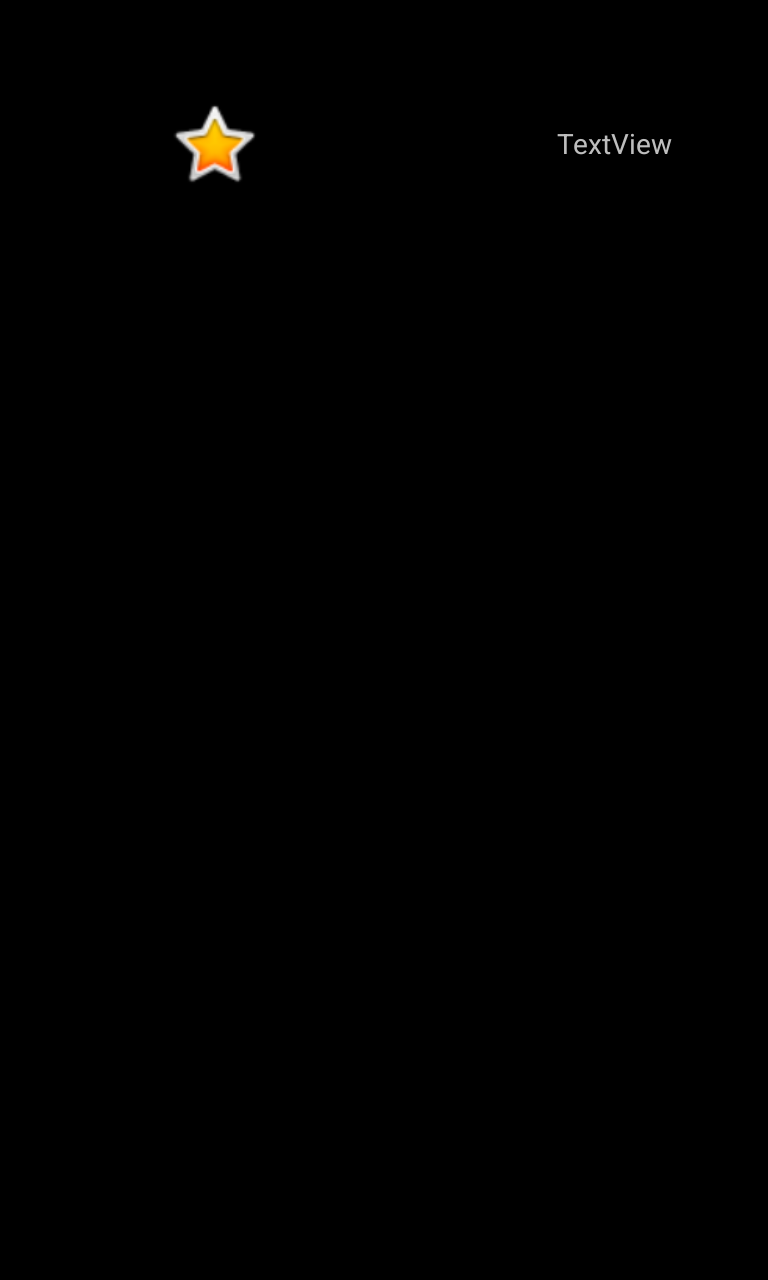
Repository: yogeshwar1996/android-app
Layout: List_View/res/layout/model.xml
An editor plug-in stored every save of this project. The layout is shown before and after the next save, followed by the edit.
It is drawn on a 768 x 1280 px phone screen (xhdpi) without system bars, with theme android:Theme; the app's code is not run.

Above is the layout before, as saved 2016-07-08 10:28:23.

### List_View/res/layout/model.xml
<?xml version="1.0" encoding="utf-8"?>
<RelativeLayout xmlns:android="http://schemas.android.com/apk/res/android"
    android:layout_width="match_parent"
    android:layout_height="match_parent" >

    <ImageView
        android:id="@+id/imageView1"
        android:layout_width="50dp"
        android:layout_height="50dp"
        android:layout_alignParentLeft="true"
        android:layout_alignParentTop="true"
        android:layout_marginLeft="82dp"
        android:layout_marginTop="47dp"
        android:src="@android:drawable/btn_star_big_on" />

    <TextView
        android:id="@+id/nameTv"
        android:layout_width="wrap_content"
        android:layout_height="wrap_content"
        android:layout_alignBottom="@+id/imageView1"
        android:layout_alignParentRight="true"
        android:layout_marginBottom="16dp"
        android:layout_marginRight="48dp"
        android:text="TextView"

        android:textSize="14sp" />

</RelativeLayout>

After the next save:
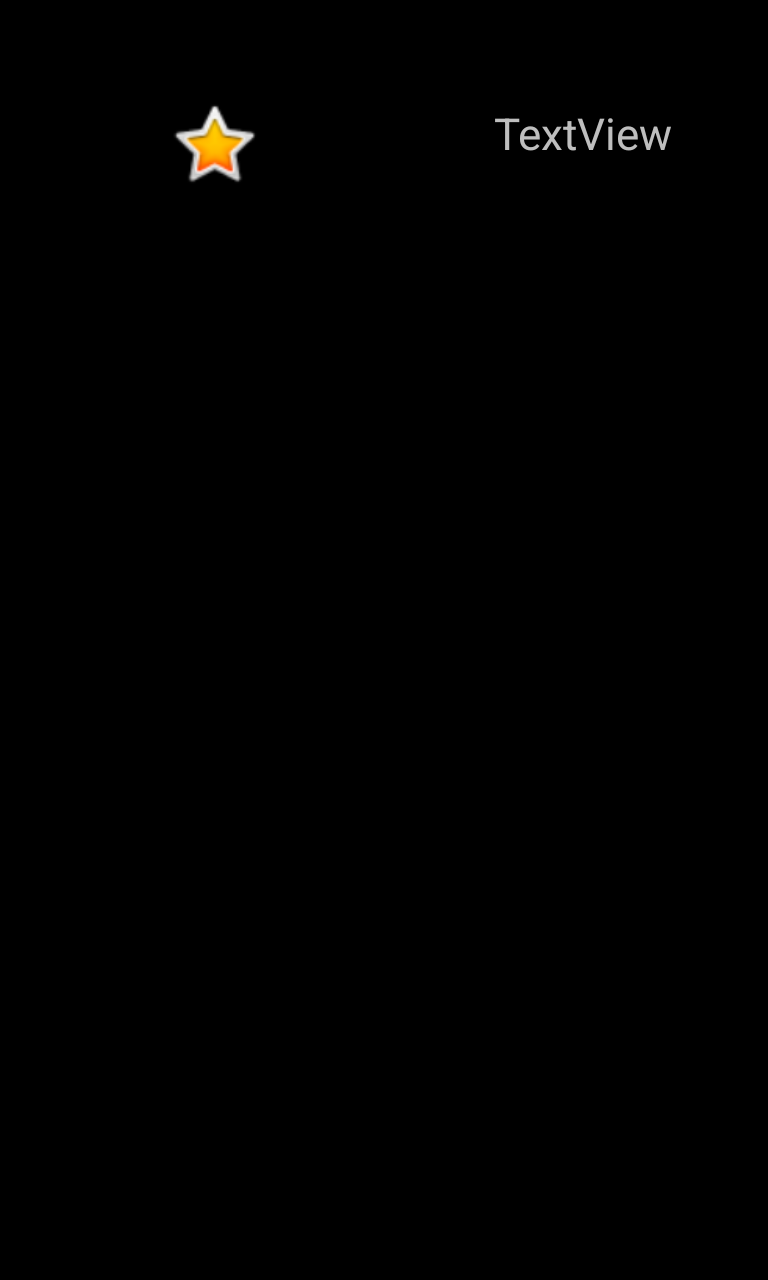
Saved 3 min 3 s later.
--- a/List_View/res/layout/model.xml
+++ b/List_View/res/layout/model.xml
@@ -21,8 +21,8 @@
         android:layout_alignParentRight="true"
         android:layout_marginBottom="16dp"
         android:layout_marginRight="48dp"
+        android:background="#"
         android:text="TextView"
-
-        android:textSize="14sp" />
+        android:textSize="22sp" />
 
 </RelativeLayout>
